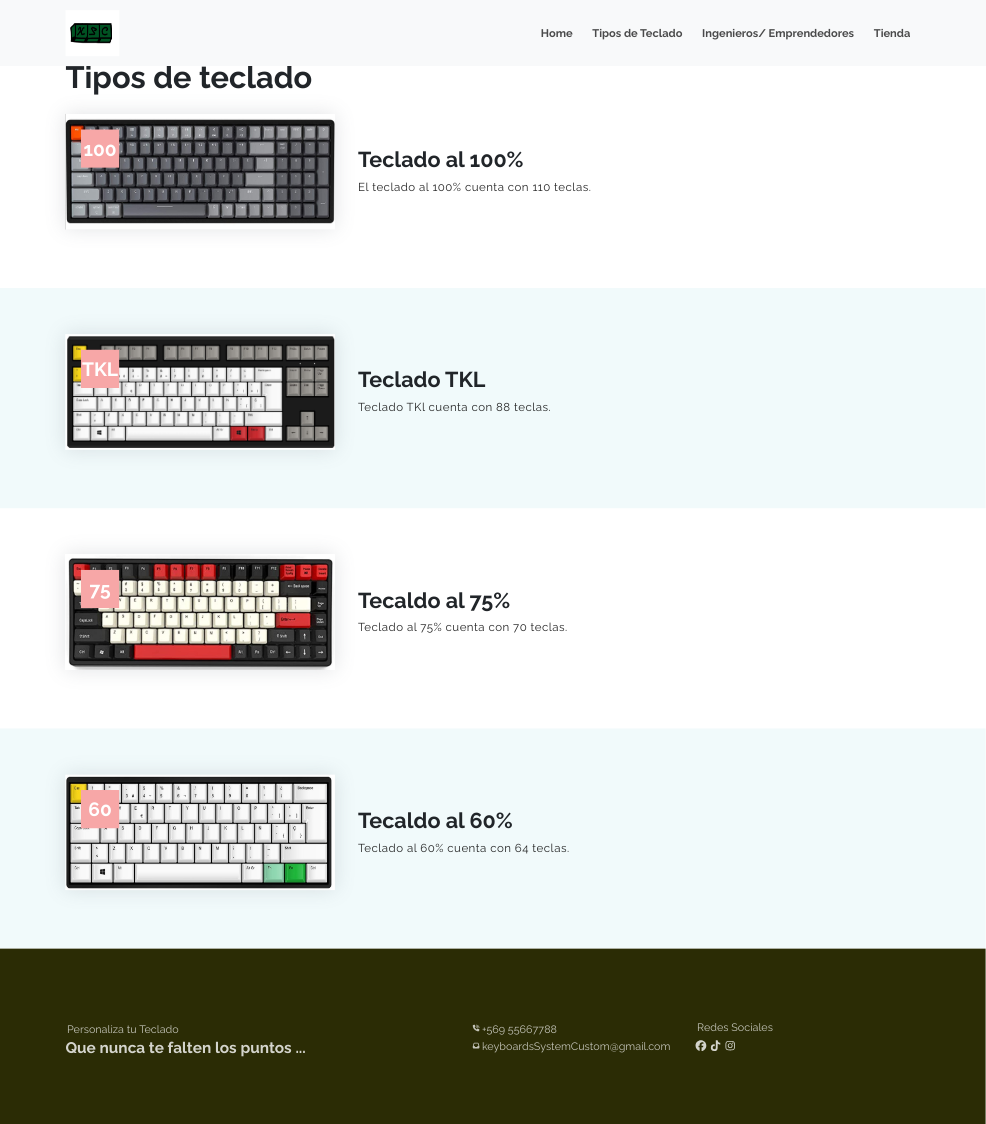
Repository: sebaqqq/customKeyboard
Page: /keyboardAbout
An editor plug-in stored every save of this project. The page is shown before and after the next save, followed by the edit.
The browser window is 1280 px wide. The pictures show the whole page, at 77% of full size.
The project was rebuilt for these pictures with package versions that can differ from the ones it lists, and the page was loaded fresh each time. The framework's server and built-in components were replaced by stand-ins that run in the browser. Also part of the build but not shown: next.config.js.

Above is the page before, as saved 2023-01-27 15:51:32.

After the next save:
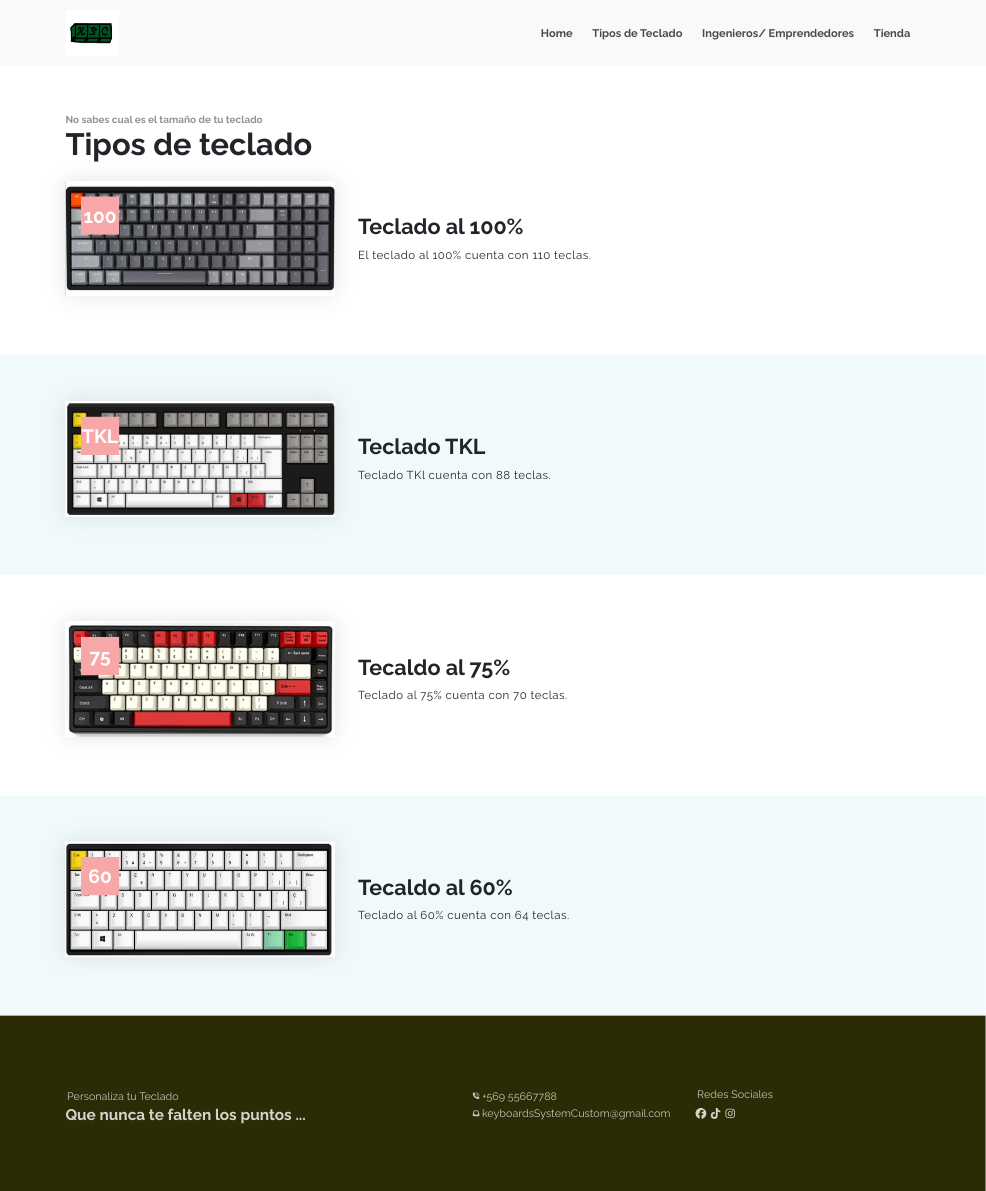
Saved 19 h 20 min later.
--- a/pages/keyboardAbout.js
+++ b/pages/keyboardAbout.js
@@ -10,6 +10,8 @@ const keyboardAboutPage = () => {
             <Layout
                 pagina= "Tipos de Teclado"
             >
+                <h6 className="xs-font mb-0">No sabes cual es el tamaño de tu teclado</h6>
+                        <h1 className="section-title mb-4">Tipos de teclado</h1>
                 <section className="section" id="blog">
                     <div className="container mb-3">
                         <h6 className="xs-font mb-0">No sabes cual es el tamaño de tu teclado</h6>
